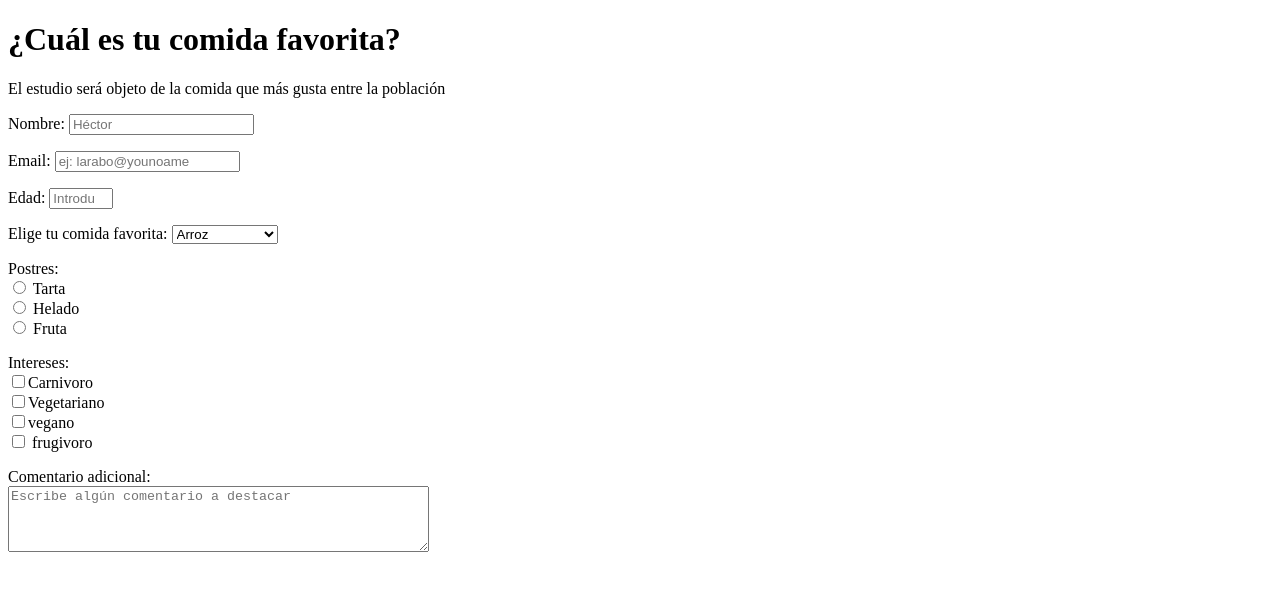
Repository: Fidesone/Form
Page: form/Index.html
The author's editor kept a copy of each file at every save. The page is drawn from the files as they stood at one save, then again after the next save.
The browser window is 1280 px wide. The pictures show the whole page.

Above is the page before, as saved 2020-09-24 11:12:41.

### form/Index.html
<!DOCTYPE html>
<html>
<head>
<meta charset="ISO-8859-1">
<title>Formulario</title>
</head>
<body>
<h1 id="title">¿Cuál es tu comida favorita?</h1>
<p id="desciption">El estudio será objeto de la comida que más gusta entre la población</p>
<form id="survey-form">
	<p id="name">Nombre: <input type="text" placeholder="Héctor" id="name-label"></p>
	<p id="email">Email: <input type="email" placeholder="ej: larabo@younoame" id="email-label"></p>
	<p id="number">Edad: <input type="number" placeholder="Introduce tu edad" id="number-label" required pattern=[0-9] min="0" max="100"></p>

	<label >Elige tu comida favorita:</label>
	<select id="dropdown">

		<option value="arroz">Arroz</option>
		<option value="pasta">Pasta</option>
		<option value="paella">Paella</option>
		<option value="pizza">Pizza</option>
		<option value="hamburguesa">Hamburguesa</option>
	</select>
	<p>
		Postres:<br>
		<input type="radio" name="comida" value="tarta"> Tarta <br>
		<input type="radio" name="comida" value="helado"> Helado <br>
		<input type="radio" name="comida" value="fruta"> Fruta <br>
	</p>

	<!-- teniendo el valor "checkbox" en su atributo type, representa un control de dos estados que permite a los usuarios marcarlo como seleccionado o deseleccionado.  -->
	<p>
		Intereses:<br>
		<input type="checkbox" name="carnivoro">Carnivoro<br>
		<input type="checkbox" name="vegetariano">Vegetariano<br>
		<input type="checkbox" name="vegano">vegano<br>
		<input type="checkbox" name="frugívoro"> frugivoro <br>
	</p>
	<label for="comentarios">Comentario adicional:</label> <br>
	<textarea id="comentarios" rows="4" cols="50" placeholder="Escribe algún comentario a destacar"></textarea>
</form>
</body>
</html>

After the next save:
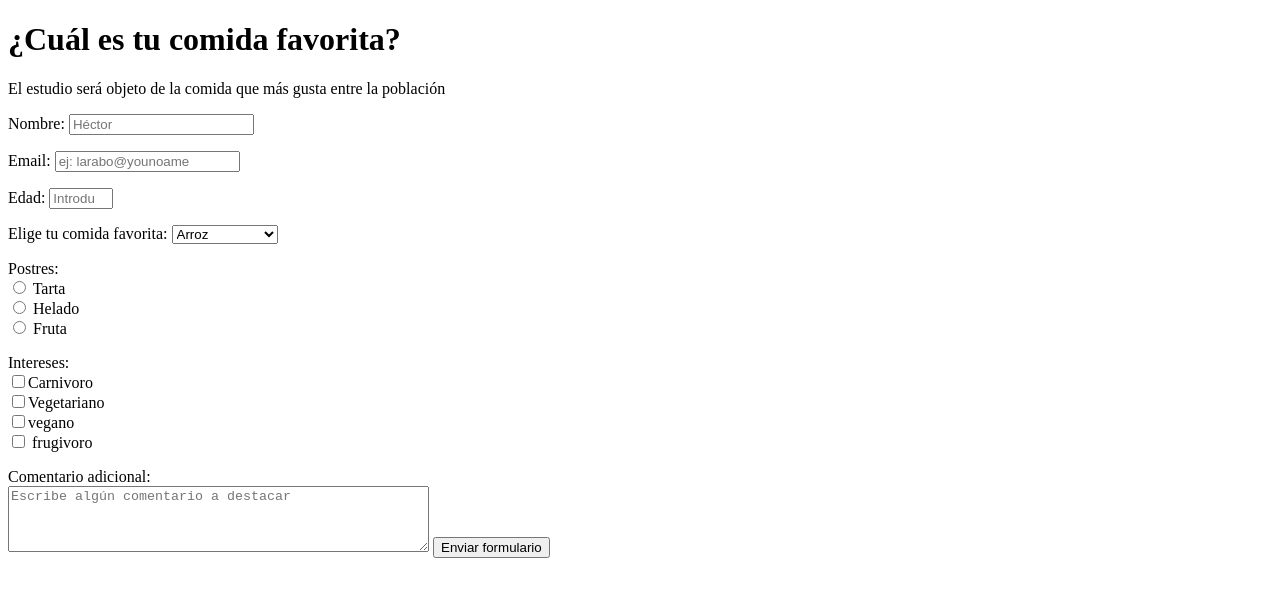
Saved 113 s later.
--- a/form/Index.html
+++ b/form/Index.html
@@ -38,6 +38,7 @@
 	</p>
 	<label for="comentarios">Comentario adicional:</label> <br>
 	<textarea id="comentarios" rows="4" cols="50" placeholder="Escribe algún comentario a destacar"></textarea>
+	<button type="submit">Enviar formulario</button>
 </form>
 </body>
 </html>
